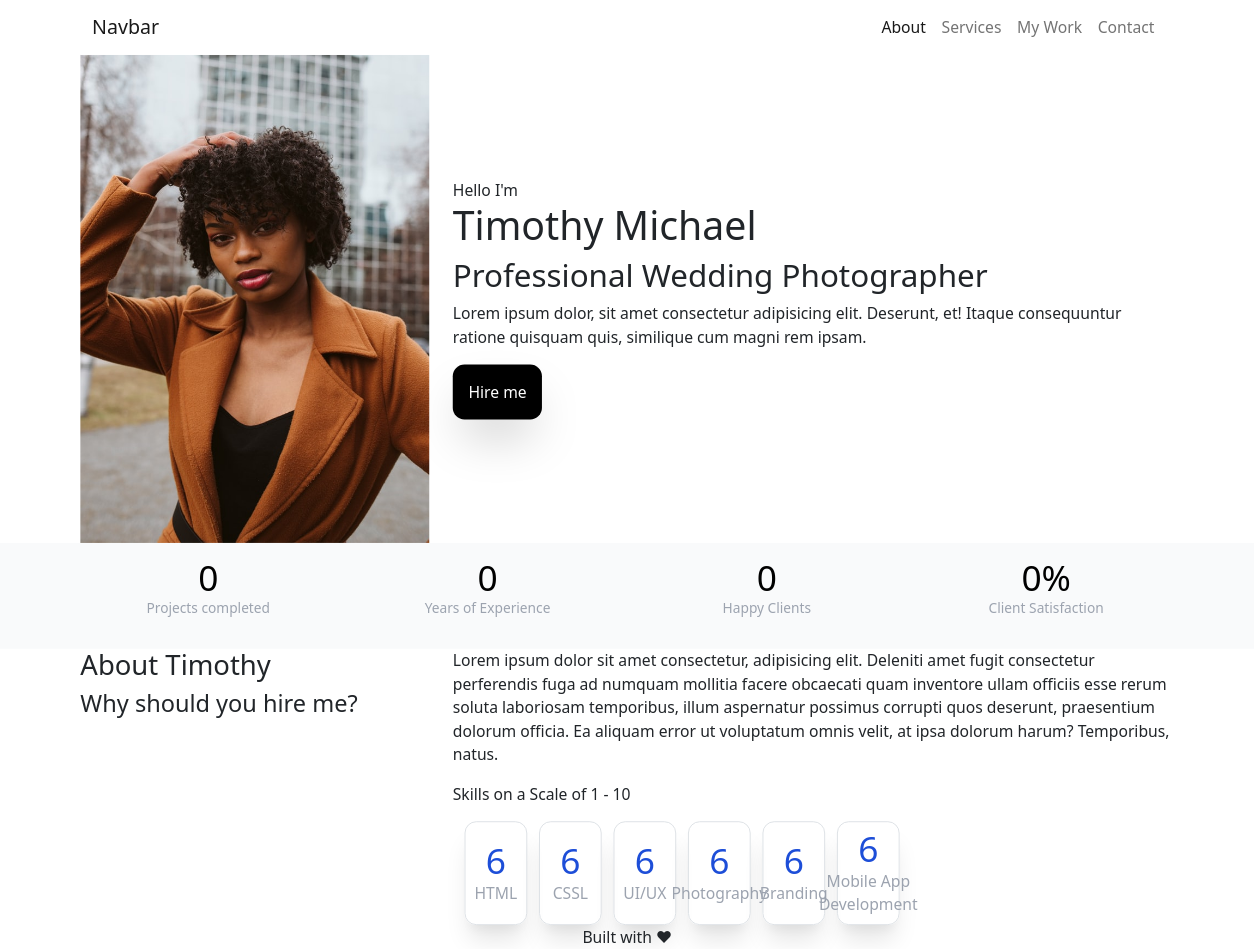
Repository: latenightsnacc/giggles
Page: HTML/freelancer.html
The author's editor kept a copy of each file at every save. The page is drawn from the files as they stood at one save, then again after the next save.
The browser window is 1280 px wide. The pictures show the whole page, at 98% of full size.
Some web libraries are served in a nearby version.

Above is the page before, as saved 2021-01-03 15:25:19.

### HTML/freelancer.html
<!DOCTYPE html>
<html lang="en">
<head>
    <meta charset="UTF-8">
    <meta name="viewport" content="width=device-width, initial-scale=1.0">
    <link href="https://cdnjs.cloudflare.com/ajax/libs/tailwindcss/2.0.2/tailwind.min.css" rel="stylesheet">
    <link rel="stylesheet" href="https://stackpath.bootstrapcdn.com/font-awesome/4.7.0/css/font-awesome.min.css" />
    <link href="https://cdn.jsdelivr.net/npm/bootstrap@5.0.0-beta1/dist/css/bootstrap.min.css" rel="stylesheet" integrity="sha384-giJF6kkoqNQ00vy+HMDP7azOuL0xtbfIcaT9wjKHr8RbDVddVHyTfAAsrekwKmP1" crossorigin="anonymous">
    <title>Freelancer Page</title>
</head>
<body>
    <header class="container">
        <nav class="navbar navbar-expand-lg navbar-light bg-white">
            <div class="container-fluid">
              <a class="navbar-brand" href="#">Navbar</a>
              <button class="navbar-toggler" type="button" data-bs-toggle="collapse" data-bs-target="#navbarNavDropdown" aria-controls="navbarNavDropdown" aria-expanded="false" aria-label="Toggle navigation">
                <span class="navbar-toggler-icon"></span>
              </button>
              <div class="collapse navbar-collapse" id="navbarNavDropdown">
                <ul class="navbar-nav ml-auto">
                  <li class="nav-item">
                    <a class="nav-link active" aria-current="page" href="#">About</a>
                  </li>
                  <li class="nav-item">
                    <a class="nav-link" href="#">Services</a>
                  </li>
                  <li class="nav-item">
                    <a class="nav-link" href="#">My Work</a>
                  </li>
                  <li class="nav-item">
                    <a class="nav-link" href="#">Contact</a>
                  </li>
                  <!-- <li class="nav-item dropdown">
                    <a class="nav-link dropdown-toggle" href="#" id="navbarDropdownMenuLink" role="button" data-bs-toggle="dropdown" aria-expanded="false">
                      Dropdown link
                    </a>
                    <ul class="dropdown-menu" aria-labelledby="navbarDropdownMenuLink">
                      <li><a class="dropdown-item" href="#">Action</a></li>
                      <li><a class="dropdown-item" href="#">Another action</a></li>
                      <li><a class="dropdown-item" href="#">Something else here</a></li>
                    </ul>
                  </li> -->
                </ul>
              </div>
            </div>
        </nav>
    </header>
    <main>
        <!--User Banner-->
        <div class="container">
            <div class="row flex items-center h-auto">
                <div class="col-sm-12 col-md-4 col-lg-4 col-xl-4">
                    <img src="assets/userDp.jpg" alt="Profile Picture">
                </div>
                <div class="col-sm-12 col-md-8 col-lg-8 col-xl-8">
                    <div class="user-info">
                        <span>Hello I'm</span>
                        <h1>Timothy Michael</h1>
                        <h2>Professional Wedding Photographer</h2>
                        <p>Lorem ipsum dolor, sit amet consectetur adipisicing elit. Deserunt, et! Itaque consequuntur ratione quisquam quis, similique cum magni rem ipsam.</p>
                        <button class="bg-black text-white p-3 semi-bold rounded-xl shadow-2xl">Hire me</button>
                    </div>
                </div>
            </div>
        </div>
        <!--User Statisitics-->
        <div class="stats w-full bg-gray-50 flex items-center h-auto py-3">
            <div class="container">
                <div class="row">
                    <div class="stat-box col text-center">
                        <div class="bold text-4xl text-black">0</div>
                        <p class="text-sm text-gray-400">Projects completed</p>

                    </div>
                    <div class="stat-box col text-center">
                        <div class="bold text-4xl text-black">0</div>
                        <p class="text-sm text-gray-400">Years of Experience</p>
                    </div>
                    <div class="stat-box col text-center">
                        <div class="bold text-4xl text-black">0</div>
                        <p class="text-sm text-gray-400">Happy Clients</p>
                    </div>
                    <div class="stat-box col text-center">
                        <div class="bold text-4xl text-black">0%</div>
                        <p class="text-sm text-gray-400">Client Satisfaction</p>
                    </div>
                </div>
            </div>
        </div>
        <!--About User-->
        <div class="container">
            <div class="row">
                <div class="col-sm-12 col-md-6 col-lg-4 col-xl-4">
                    <h3>About Timothy</h3>
                    <h4>Why should you hire me?</h4>
                </div>
                <div class="col-sm-12 col-md-6 col-lg-8 col-xl-8">
                    <p>Lorem ipsum dolor sit amet consectetur, adipisicing elit. Deleniti amet fugit consectetur perferendis fuga ad numquam mollitia facere obcaecati quam inventore ullam officiis esse rerum soluta laboriosam temporibus, illum aspernatur possimus corrupti quos deserunt, praesentium dolorum officia. Ea aliquam error ut voluptatum omnis velit, at ipsa dolorum harum? Temporibus, natus.</p>
                    <span>Skills on a Scale of 1 - 10</span>
                    <div class="d-flex flex-wrap">
                        <div class="skill-box shadow-xl max-w-sm w-16 p-2 ml-3 mt-3 border border-gray-100 rounded-xl flex flex-col items-center justify-center text-center">

                            <span class="text-blue-700 bold text-4xl">6</span>
                            <div class="text-md text-gray-400">HTML</div>
                        </div>
                        <div class="skill-box shadow-xl max-w-sm w-16 p-2 ml-3 mt-3 border border-gray-100 rounded-xl flex flex-col items-center justify-center text-center">

                            <span class="text-blue-700 bold text-4xl">6</span>
                            <div class="text-md text-gray-400">CSSL</div>
                        </div>
                        <div class="skill-box shadow-xl max-w-sm w-16 p-2 ml-3 mt-3 border border-gray-100 rounded-xl flex flex-col items-center justify-center text-center">

                            <span class="text-blue-700 bold text-4xl">6</span>
                            <div class="text-md text-gray-400">UI/UX</div>
                        </div>
                        <div class="skill-box shadow-xl max-w-sm w-16 p-2 ml-3 mt-3 border border-gray-100 rounded-xl flex flex-col items-center justify-center text-center">

                            <span class="text-blue-700 bold text-4xl">6</span>
                            <div class="text-md text-gray-400">Photography</div>
                        </div>
                        <div class="skill-box shadow-xl max-w-sm w-16 p-2 ml-3 mt-3 border border-gray-100 rounded-xl flex flex-col items-center justify-center text-center">

                            <span class="text-blue-700 bold text-4xl">6</span>
                            <div class="text-md text-gray-400">Branding</div>
                        </div>
                        <div class="skill-box shadow-xl max-w-sm w-16 p-2 ml-3 mt-3 border border-gray-100 rounded-xl flex flex-col items-center justify-center text-center">

                            <span class="text-blue-700 bold text-4xl">6</span>
                            <div class="text-md text-gray-400">Mobile App Development</div>
                        </div>
                    </div>
                </div>
            </div>
        </div>
    </main>
    <footer class="text-center">Built with &hearts; </footer>
    <script src="https://cdn.jsdelivr.net/npm/bootstrap@5.0.0-beta1/dist/js/bootstrap.bundle.min.js" integrity="sha384-ygbV9kiqUc6oa4msXn9868pTtWMgiQaeYH7/t7LECLbyPA2x65Kgf80OJFdroafW" crossorigin="anonymous"></script>

</body>
</html>

After the next save:
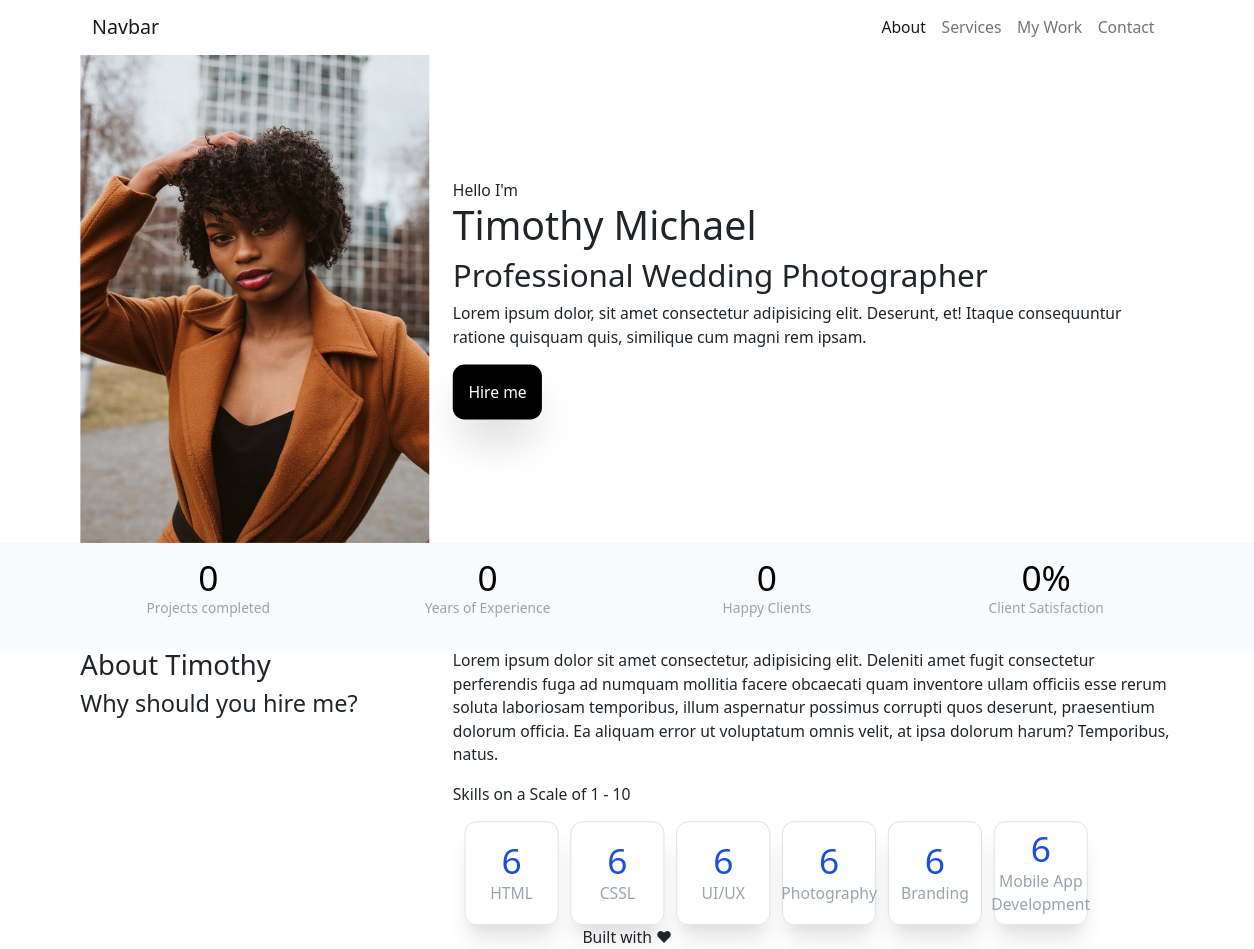
Saved 9 s later.
--- a/HTML/freelancer.html
+++ b/HTML/freelancer.html
@@ -98,32 +98,32 @@
                     <p>Lorem ipsum dolor sit amet consectetur, adipisicing elit. Deleniti amet fugit consectetur perferendis fuga ad numquam mollitia facere obcaecati quam inventore ullam officiis esse rerum soluta laboriosam temporibus, illum aspernatur possimus corrupti quos deserunt, praesentium dolorum officia. Ea aliquam error ut voluptatum omnis velit, at ipsa dolorum harum? Temporibus, natus.</p>
                     <span>Skills on a Scale of 1 - 10</span>
                     <div class="d-flex flex-wrap">
-                        <div class="skill-box shadow-xl max-w-sm w-16 p-2 ml-3 mt-3 border border-gray-100 rounded-xl flex flex-col items-center justify-center text-center">
+                        <div class="skill-box shadow-xl max-w-sm w-24 p-2 ml-3 mt-3 border border-gray-100 rounded-xl flex flex-col items-center justify-center text-center">
 
                             <span class="text-blue-700 bold text-4xl">6</span>
                             <div class="text-md text-gray-400">HTML</div>
                         </div>
-                        <div class="skill-box shadow-xl max-w-sm w-16 p-2 ml-3 mt-3 border border-gray-100 rounded-xl flex flex-col items-center justify-center text-center">
+                        <div class="skill-box shadow-xl max-w-sm w-24 p-2 ml-3 mt-3 border border-gray-100 rounded-xl flex flex-col items-center justify-center text-center">
 
                             <span class="text-blue-700 bold text-4xl">6</span>
                             <div class="text-md text-gray-400">CSSL</div>
                         </div>
-                        <div class="skill-box shadow-xl max-w-sm w-16 p-2 ml-3 mt-3 border border-gray-100 rounded-xl flex flex-col items-center justify-center text-center">
+                        <div class="skill-box shadow-xl max-w-sm w-24 p-2 ml-3 mt-3 border border-gray-100 rounded-xl flex flex-col items-center justify-center text-center">
 
                             <span class="text-blue-700 bold text-4xl">6</span>
                             <div class="text-md text-gray-400">UI/UX</div>
                         </div>
-                        <div class="skill-box shadow-xl max-w-sm w-16 p-2 ml-3 mt-3 border border-gray-100 rounded-xl flex flex-col items-center justify-center text-center">
+                        <div class="skill-box shadow-xl max-w-sm w-24 p-2 ml-3 mt-3 border border-gray-100 rounded-xl flex flex-col items-center justify-center text-center">
 
                             <span class="text-blue-700 bold text-4xl">6</span>
                             <div class="text-md text-gray-400">Photography</div>
                         </div>
-                        <div class="skill-box shadow-xl max-w-sm w-16 p-2 ml-3 mt-3 border border-gray-100 rounded-xl flex flex-col items-center justify-center text-center">
+                        <div class="skill-box shadow-xl max-w-sm w-24 p-2 ml-3 mt-3 border border-gray-100 rounded-xl flex flex-col items-center justify-center text-center">
 
                             <span class="text-blue-700 bold text-4xl">6</span>
                             <div class="text-md text-gray-400">Branding</div>
                         </div>
-                        <div class="skill-box shadow-xl max-w-sm w-16 p-2 ml-3 mt-3 border border-gray-100 rounded-xl flex flex-col items-center justify-center text-center">
+                        <div class="skill-box shadow-xl max-w-sm w-24 p-2 ml-3 mt-3 border border-gray-100 rounded-xl flex flex-col items-center justify-center text-center">
 
                             <span class="text-blue-700 bold text-4xl">6</span>
                             <div class="text-md text-gray-400">Mobile App Development</div>
